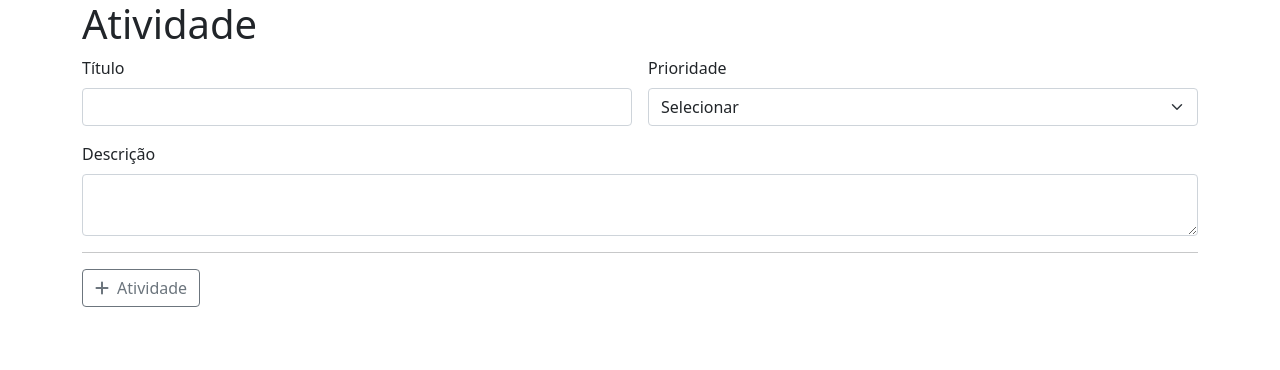
Repository: faribeiro/react-dotnetcore-efcore
Page: / (app in front/pro-atividade-app/)
An editor plug-in stored every save of this project. The page is shown before and after the next save, followed by the edit.
The browser window is 1280 px wide. The pictures show the whole page.
The page's requests for data from a server got no answer. The project was rebuilt for these pictures with package versions that can differ from the ones it lists, and the page was loaded fresh each time. No one was signed in, and anything a server would have sent is missing. Also part of the build but not shown: front/pro-atividade-app/src/components/Atividade.js.

Above is the page before, as saved 2023-10-23 15:59:06.

After the next save:
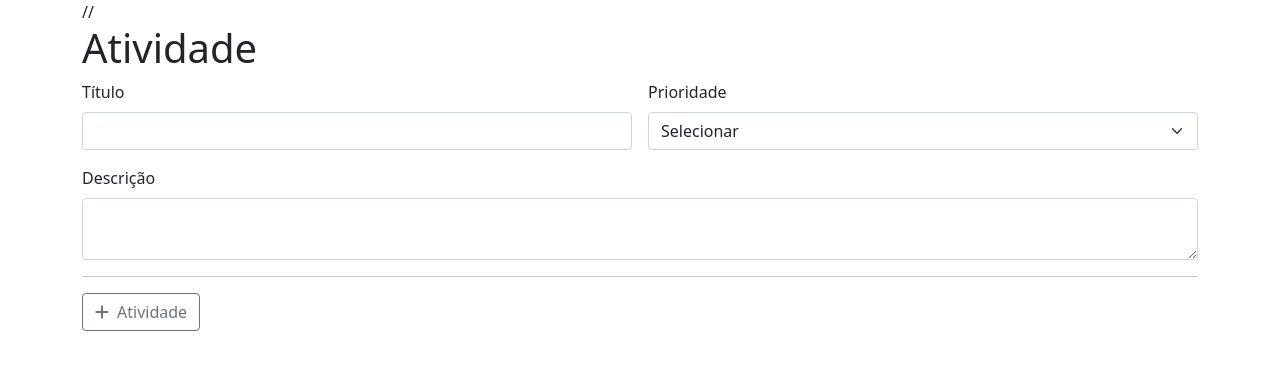
Saved 31 s later.
--- a/front/pro-atividade-app/src/components/AtividadeForm.js
+++ b/front/pro-atividade-app/src/components/AtividadeForm.js
@@ -53,7 +53,7 @@
   return (
     <>
 
-    <h1>Atividade {atividade.id !== 0 ? atividade.id : ''}</h1>
+    //<h1>Atividade {atividade.id !== 0 ? atividade.id : ''}</h1>
     <form className="row g-3" onSubmit={handleSubmit}>
       <div className="col-md-6">
         <label className="form-label">Título</label>

After the 2 saves that followed:
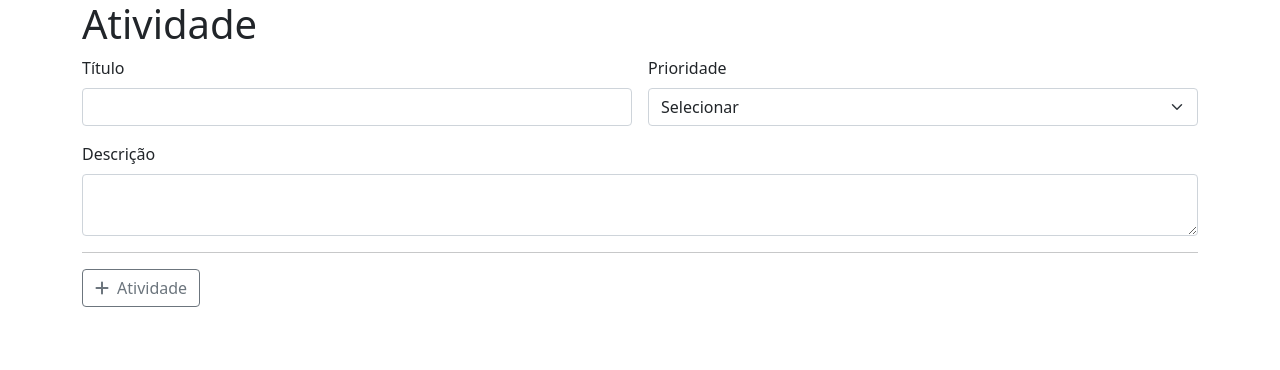
The 2 saves are shown as one change because they came seconds apart.
The last was saved 5 s later.
--- a/front/pro-atividade-app/src/components/AtividadeForm.js
+++ b/front/pro-atividade-app/src/components/AtividadeForm.js
@@ -53,7 +53,7 @@
   return (
     <>
 
-    //<h1>Atividade {atividade.id !== 0 ? atividade.id : ''}</h1>
+    <h1>Atividade {atividade.id !== 0 ? atividade.id : ''}</h1>
     <form className="row g-3" onSubmit={handleSubmit}>
       <div className="col-md-6">
         <label className="form-label">Título</label>
